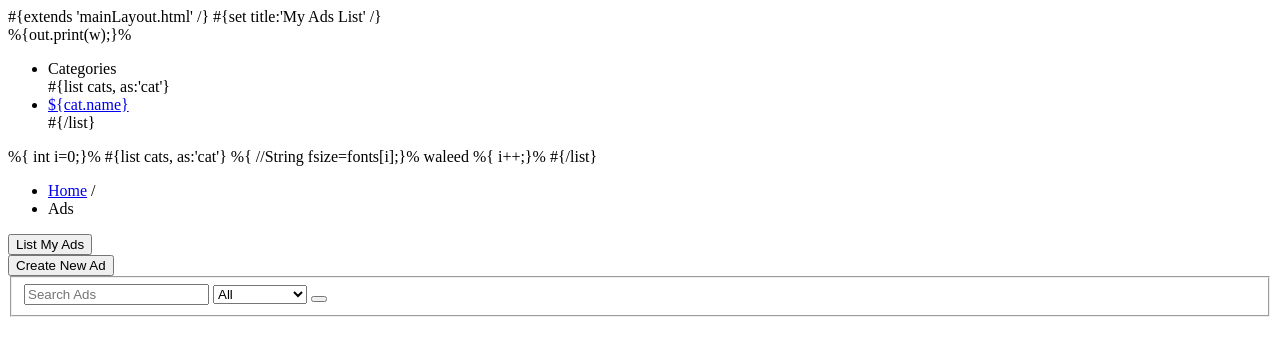
Repository: Maalejm/SEBA
Page: SlifeWebSite/app/views/Ads/index.html
The author's editor kept a copy of each file at every save. The page is drawn from the files as they stood at one save, then again after the next save.
The browser window is 1280 px wide. The pictures show the whole page.

Above is the page before, as saved 2013-06-17 23:40:01.
Console error: SyntaxError: Invalid or unexpected token

After the next save:
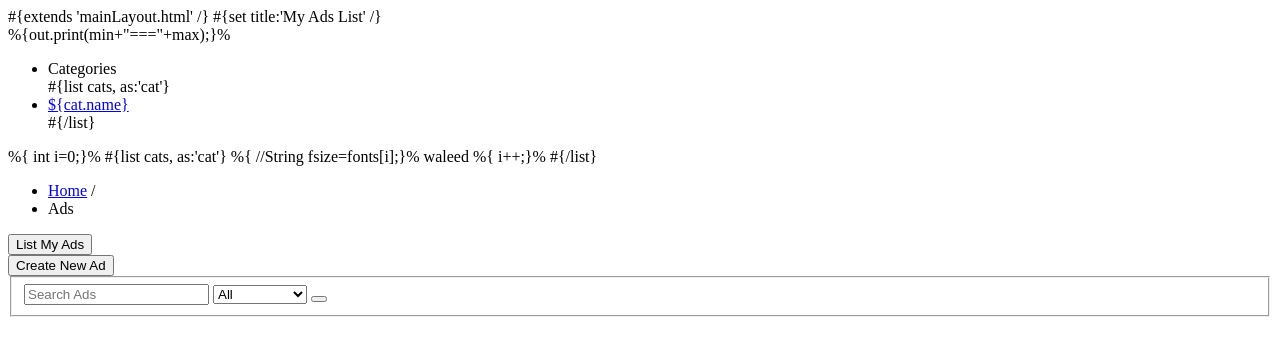
Saved 85 s later.
--- a/SlifeWebSite/app/views/Ads/index.html
+++ b/SlifeWebSite/app/views/Ads/index.html
@@ -5,7 +5,7 @@
 
 
 <div class="container-fluid">
-%{out.print(w);}%
+%{out.print(min+"==="+max);}%
             <div class="row-fluid">
                 <div class="span2">
 
